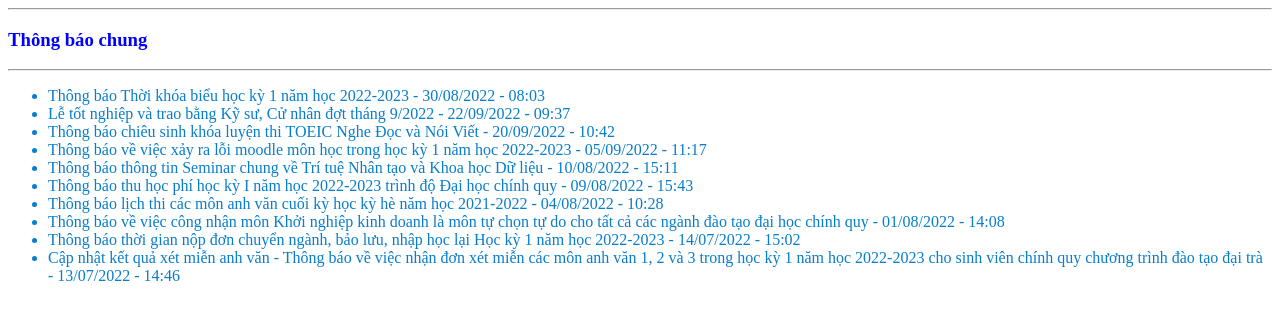
Repository: HoangDuy315/web-dev2022
Page: ex3.html
An editor plug-in stored every save of this project. The page is shown before and after the next save, followed by the edit.
The browser window is 1280 px wide. The pictures show the whole page.

Above is the page before, as saved 2022-09-22 15:33:51.

### ex3.html
<html lang="en">
<head>
    <meta charset="UTF-8">
    <meta http-equiv="X-UA-Compatible" content="IE=edge">
    <meta name="viewport" content="width=device-width, initial-scale=1.0">
    <link rel="stylesheet" href="./ex3.css">
    <title>Document</title>
</head>
<body>
    <hr >
        <h3 class="thongbao">Thông báo chung</h3>
    </hr>
    <hr>
        <ul class="tinnhan">
            <li>Thông báo Thời khóa biểu học kỳ 1 năm học 2022-2023 -  <span>30/08/2022 - 08:03</span></li>
            <li>Lễ tốt nghiệp và trao bằng Kỹ sư, Cử nhân đợt tháng 9/2022 - 22/09/2022 - 09:37</li>
            <li>Thông báo chiêu sinh khóa luyện thi TOEIC Nghe Đọc và Nói Viết - 20/09/2022 - 10:42</li>
            <li>Thông báo về việc xảy ra lỗi moodle môn học trong học kỳ 1 năm học 2022-2023 - 05/09/2022 - 11:17</li>
            <li>Thông báo thông tin Seminar chung về Trí tuệ Nhân tạo và Khoa học Dữ liệu - 10/08/2022 - 15:11</li>
            <li>Thông báo thu học phí học kỳ I năm học 2022-2023 trình độ Đại học chính quy - 09/08/2022 - 15:43</li>
            <li>Thông báo lịch thi các môn anh văn cuối kỳ học kỳ hè năm học 2021-2022 - 04/08/2022 - 10:28</li>
            <li>Thông báo về việc công nhận môn Khởi nghiệp kinh doanh là môn tự chọn tự do cho tất cả các ngành đào tạo đại học chính quy - 01/08/2022 - 14:08</li>
            <li>Thông báo thời gian nộp đơn chuyển ngành, bảo lưu, nhập học lại Học kỳ 1 năm học 2022-2023 - 14/07/2022 - 15:02</li>
            <li>Cập nhật kết quả xét miễn anh văn - Thông báo về việc nhận đơn xét miễn các môn anh văn 1, 2 và 3 trong học kỳ 1 năm học 2022-2023 cho sinh viên chính quy chương trình đào tạo đại trà - 13/07/2022 - 14:46</li>
        </ul>
    </hr>

</body>
</html>

### ex3.css
.thongbao {
    color: blue;
}

.tinnhan {
    color: rgb(7, 125, 204);
}

After the next save:
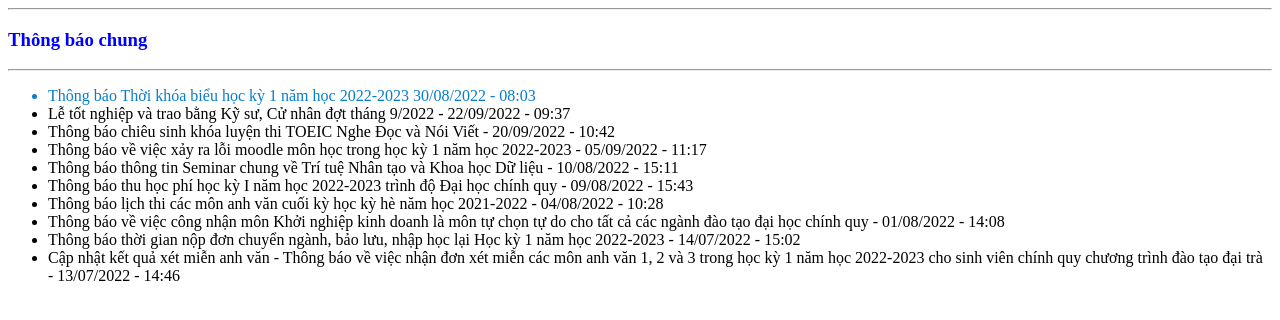
Saved 22 s later.
--- a/ex3.html
+++ b/ex3.html
@@ -11,8 +11,8 @@
         <h3 class="thongbao">Thông báo chung</h3>
     </hr>
     <hr>
-        <ul class="tinnhan">
-            <li>Thông báo Thời khóa biểu học kỳ 1 năm học 2022-2023 -  <span>30/08/2022 - 08:03</span></li>
+        <ul >
+            <li class="tinnhan">Thông báo Thời khóa biểu học kỳ 1 năm học 2022-2023  <span>30/08/2022 - 08:03</span></li>
             <li>Lễ tốt nghiệp và trao bằng Kỹ sư, Cử nhân đợt tháng 9/2022 - 22/09/2022 - 09:37</li>
             <li>Thông báo chiêu sinh khóa luyện thi TOEIC Nghe Đọc và Nói Viết - 20/09/2022 - 10:42</li>
             <li>Thông báo về việc xảy ra lỗi moodle môn học trong học kỳ 1 năm học 2022-2023 - 05/09/2022 - 11:17</li>
